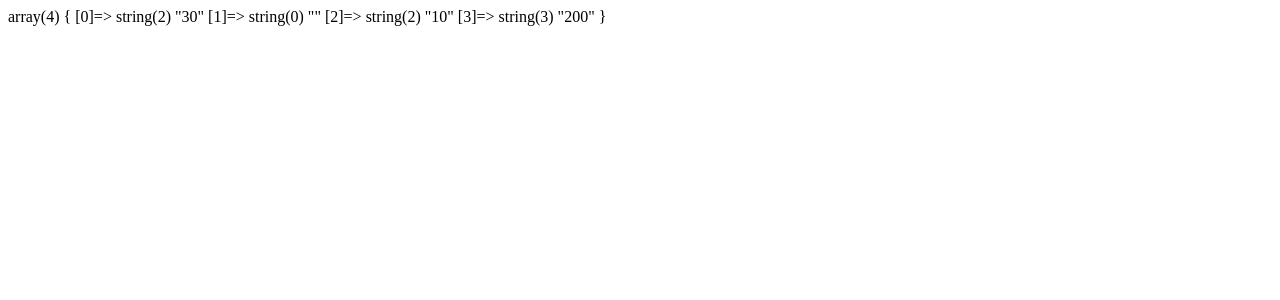
Repository: sabbircse3/php1
Page: http://localhost/Calculator.php
The author's editor kept a copy of each file at every save. The page is drawn from the files as they stood at one save, then again after a run of saves.
The browser window is 1280 px wide. The pictures show the whole page.
The page is run by PHP 8.4 with error messages shown; the project is at /var/www/html/.

Above is the page before, as saved 2021-06-03 01:34:55.

After the next 2 saves:
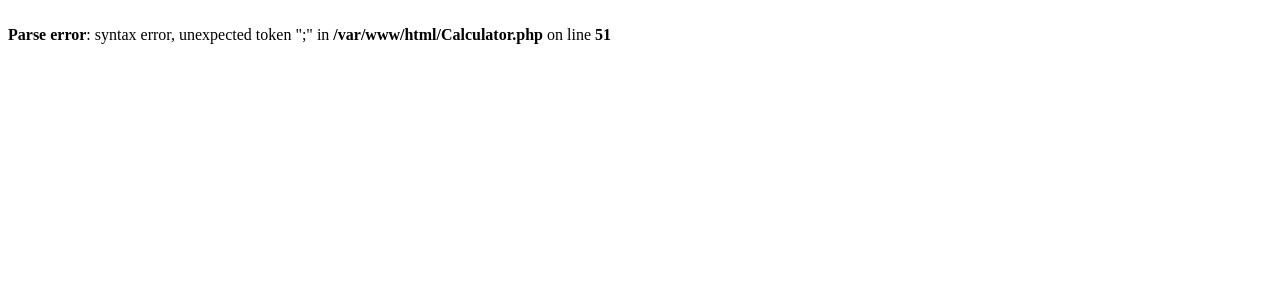
The 2 saves are shown as one change because they came seconds apart.
The last was saved 36 s later.
--- a/exerciseFunction/Calculator.php
+++ b/exerciseFunction/Calculator.php
@@ -39,7 +39,7 @@ class Calculator
 $obj = new Calculator();
 $sum = $obj->sum(10, 20);
 $explode = explode('-',$sum);
-var_dump($explode);
+echo
 
 
 
